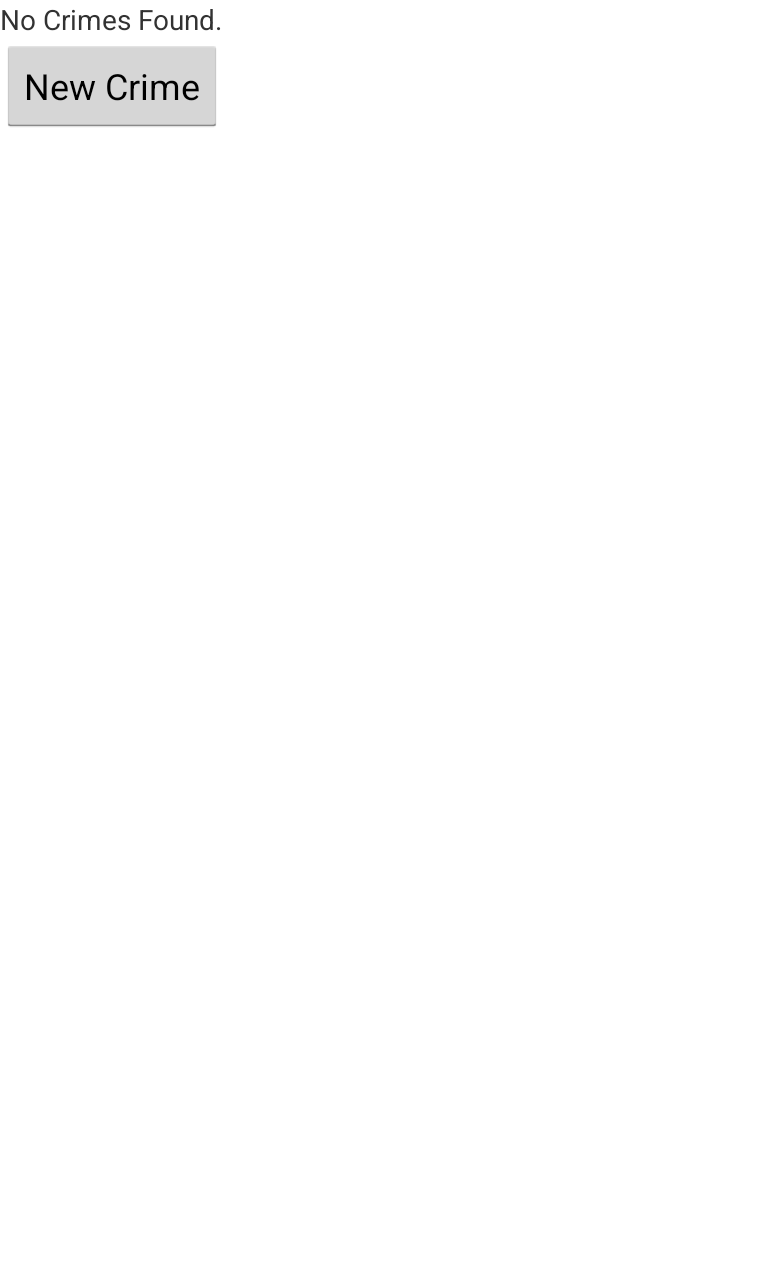
Repository: nbeguesse/android-workspace
Layout: CriminalIntent/res/layout/crime_list.xml
An editor plug-in stored every save of this project. The layout is shown before and after the next save, followed by the edit.
It is drawn on a 768 x 1280 px phone screen (xhdpi) without system bars, with theme AppTheme; the app's code is not run.

Above is the layout before, as saved 2014-09-09 03:40:45.

After the next save:
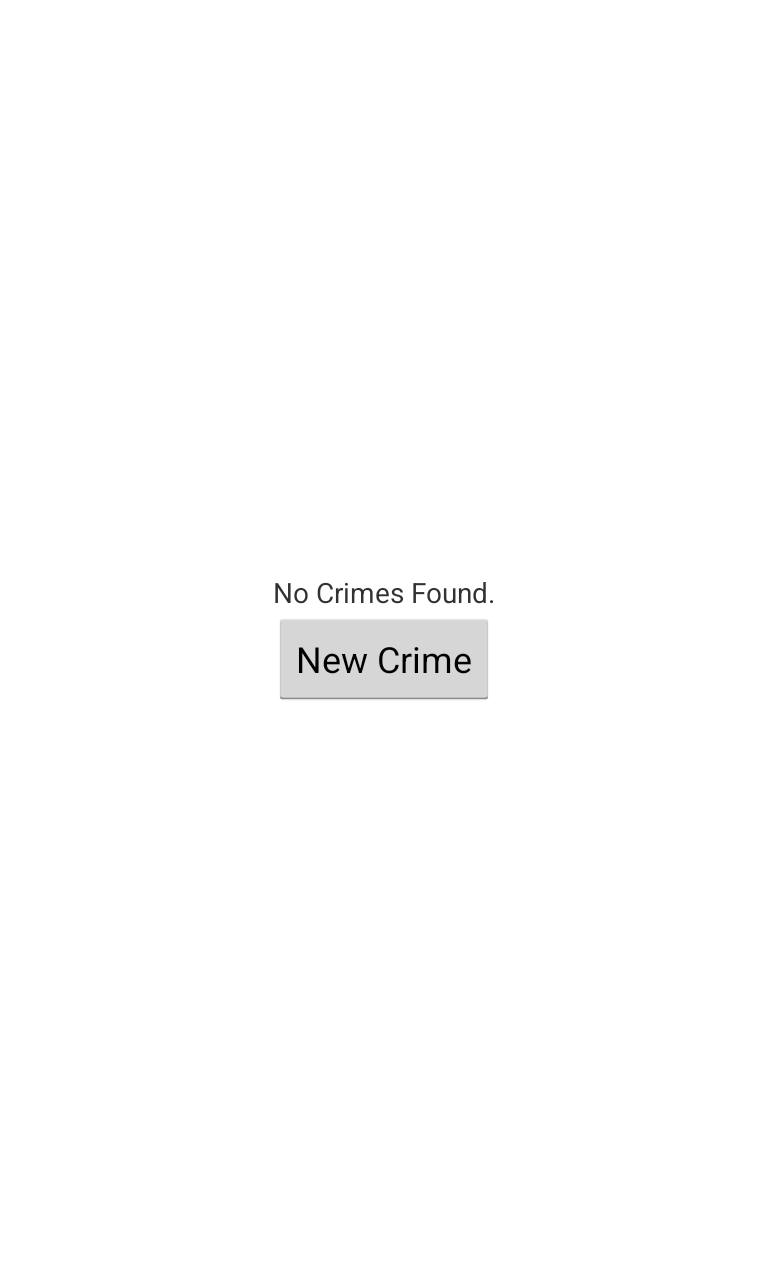
Saved 92 s later.
--- a/CriminalIntent/res/layout/crime_list.xml
+++ b/CriminalIntent/res/layout/crime_list.xml
@@ -14,14 +14,15 @@
         android:id="@android:id/empty"
         android:layout_width="match_parent"
         android:layout_height="match_parent"
-        android:orientation="vertical" >
+        android:orientation="vertical"
+        android:gravity="center">
 
         <TextView
             android:id="@+id/textView1"
             android:layout_width="wrap_content"
             android:layout_height="wrap_content"
             android:text="@string/no_crimes_found"
-            android:gravity="center_vertical"/>
+            />
 
         <Button
             android:id="@+id/button1"
